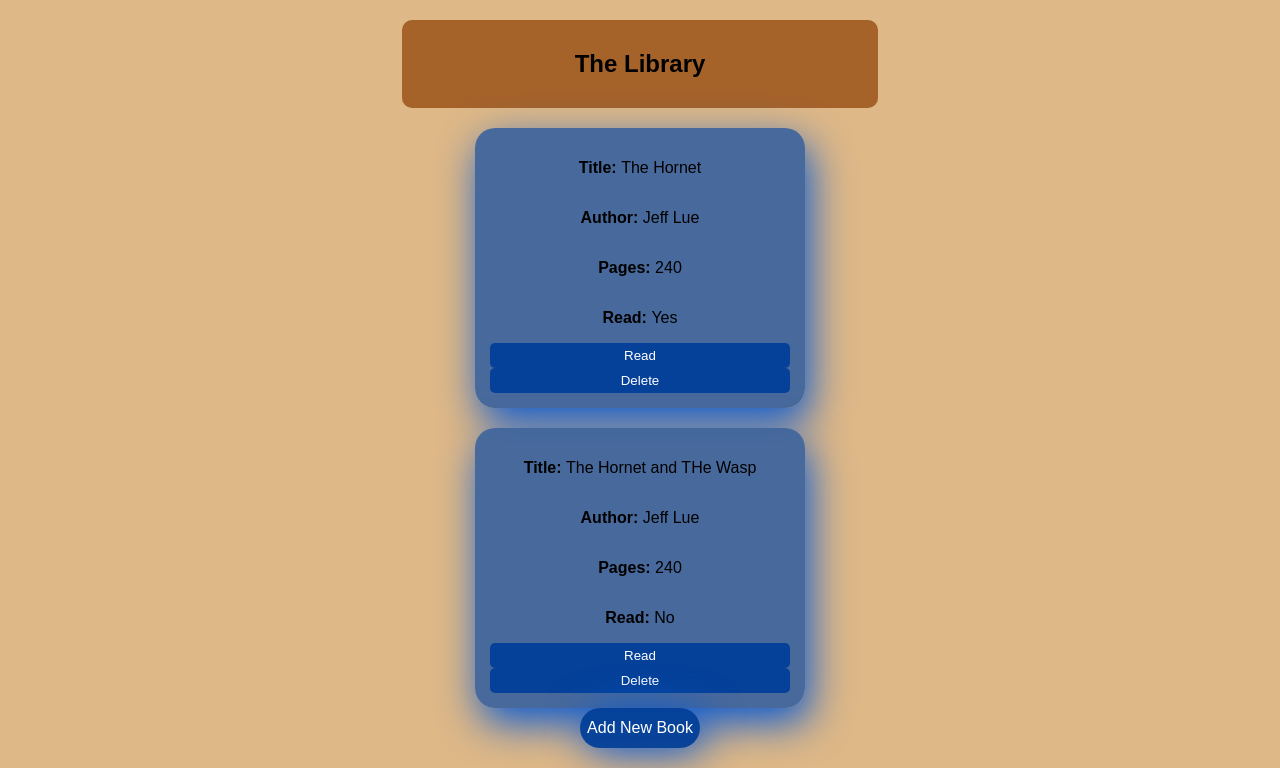
Repository: ErvinClay13/Library
Page: index.html
The author's editor kept a copy of each file at every save. The page is drawn from the files as they stood at one save, then again after the next save.
The browser window is 1280 px wide. The pictures show the whole page.

Above is the page before, as saved 2025-01-11 04:54:07.

### index.html
<!DOCTYPE html>
<html lang="en">
<head>
    <meta charset="UTF-8">
    <meta name="viewport" content="width=device-width, initial-scale=1.0">
    <link rel="stylesheet" href="style.css">
    <link
      rel="icon"
      type="image/png"
      sizes="32x32"
      href="images/myLogo.png"
    />
    <title>The Library</title>
</head>
<body>
    <div class="container">
        <div class="heading">
            <h2>The Library</h2>
        </div>

            <div class="content" id="content"></div>

            <dialog id="myDialog">
                <div class="input">
                <form method="dialog" id="form">
                    <label for="title">Title</label>
                    <input type="text"
                           id="title"
                           name="title"
                           required>

                    <label for="author">Author</label>
                    <input type="text"
                           id="author"
                           name="author"
                           required>

                    <label for="pages">Pages</label>
                    <input type="number"
                           id="pages"
                           name="pages"
                           required>

                    <label for="read">Read</label>
                    <input type="checkbox"
                           name="read"
                           id="isRead">

                    <button type="submit" id="submit">Submit</button>
                    <div class="cancel" id="cancel">Cancel</div>


                </form>
            </div>
        </dialog>
        <footer><button id="addBook">Add New Book</button></footer>
    </div>

    <script src="script.js"></script>
</body>
</html>

### style.css
body {
    display: flex;
    justify-content: center;
    align-items: center;
    flex-direction: column;
    /* background-color: white; */
    background-color: burlywood;
    margin: 0;
    font-family: Arial, sans-serif;
}

.container {
    display: flex;
    flex-direction: column;
    align-items: center;
    padding: 20px;
}

.heading {
    display: flex;
    justify-content: space-between;
    justify-content: center;
    background-color: rgb(165, 99, 42);
    /* background-color: #42669df5; */
    /* box-shadow: 5px 5px 40px #0055d4f5; */
    width: 100%;
    max-width: 800px;
    padding: 10px 20px;
    border-radius: 10px;
    margin-bottom: 20px;
}

#addBook {
    background-color: #03409af5;
    box-shadow: 5px 5px 40px #0055d4f5;
    height: 40px;
    width: 120px;
    border-radius: 20px;
    border: none;
    font-size: 16px;
    color: white;
    cursor: pointer;
}

#addBook:hover {
    transform: scale(1.1);
    box-shadow: 2px 5px 40px #7800d4f5;
}

#content {
    display: flex;
    flex-wrap: wrap;
    gap: 20px;
    justify-content: center;
    width: 100%;
}

.card {
    display: flex;
    flex-direction: column;
    justify-content: space-between;
    text-align: center;
    border-radius: 20px;
    padding: 15px;
    background-color: #42669df5;
    width: 100%;
    max-width: 300px;
    box-shadow: 5px 15px 40px #0055d4f5;
}

.card-details {
    margin-bottom: 10px;
}

.card-buttons {
    display: flex;
    justify-content: space-between;
    gap: 10px;
}

.read, .delete {
    flex: 1;
    padding: 5px 10px;
    border: none;
    border-radius: 5px;
    color: white;
    background-color: #03409af5;
    cursor: pointer;
}

.read:hover, .delete:hover {
    background-color: #254a81f5;
}

.read:active, .delete:active {
    background-color: #42669df5;
}

dialog {
    background-color: #fefefe;
    padding: 20px;
    border: none;
    border-radius: 10px;
    box-shadow: 0px 5px 15px rgba(0, 0, 0, 0.5);
}

form {
    display: flex;
    flex-direction: column;
    gap: 10px;
}

input[type="text"], input[type="number"] {
    padding: 5px;
    border-radius: 5px;
    border: 1px solid #ccc;
}

button {
    cursor: pointer;
}

/* Responsive Styles */
@media (max-width: 768px) {
    .heading {
        flex-direction: column;
        align-items: center;
    }

    #content {
        gap: 15px;
    }

    .card {
        max-width: 100%;
    }
}

### script.js
const dialog = document.getElementById('myDialog');
const form = document.getElementById('form');
const content = document.getElementById('content');
const submit = document.getElementById('submit');
const addBook = document.getElementById('addBook');
const cancel = document.getElementById('cancel');

const myLibrary = [];

const theHornet = new Book('The Hornet', 'Jeff Lue', 240, true);
const theHornetAndTheWasp = new Book('The Hornet and THe Wasp', 'Jeff Lue', 240, false);

myLibrary.push(theHornet);
myLibrary.push(theHornetAndTheWasp);


function Book(title, author, pages, read) {
    this.title = title;
    this.author = author;
    this.pages = pages;
    this.read = read;
}

Book.prototype.info = function() {
    return `${this.title} ${this.author} ${this.pages} ${this.read}`;
}


Book.prototype.toggleRead = function() {
    this.read = !this.read;
}



addBook.addEventListener("click", () => {
    dialog.showModal();
});

cancel.addEventListener("click", () => {
    dialog.close();
});

submit.addEventListener("click", (event) => {
    event.preventDefault();

    const title = document.getElementById('title').value;
    const author = document.getElementById('author').value;
    const pages = document.getElementById('pages').value;
    const read = document.getElementById('isRead').checked;

    const newBook = new Book(title, author, pages, read);
    myLibrary.push(newBook);

    form.reset();
    showBooks();
    dialog.close();
});

function showBooks() {

    content.innerHTML = '';

    myLibrary.forEach((book, index) => {                   //going through the array myLibrary
        const card = document.createElement('div');        //creating a new card for each book created through the modal
        card.classList.add('card');                        //adding card to the class

        card.innerHTML =                                      //creating the text that will be displayed on the card
            `<p><strong>Title: </strong>${book.title}</p>
             <p><strong>Author: </strong>${book.author}</p>
             <p><strong>Pages: </strong>${book.pages}</p>
             <p><strong>Read: </strong>${book.read ? 'Yes' : 'No'}</p>`;   //using the user input to create the new book on the card

        const deleteBtn = document.createElement('button');
        deleteBtn.classList.add('delete');
        deleteBtn.textContent = ('Delete');

        deleteBtn.addEventListener("click", () => {
            myLibrary.splice(index, 1);
            showBooks();
        });

        const read = document.createElement('button');
        read.classList.add('read');
        read.textContent = ('Read');

        read.addEventListener("click", () => {
            book.toggleRead();
            showBooks();
        });

        card.appendChild(read);
        card.appendChild(deleteBtn);
        content.appendChild(card);


    })
}

showBooks();

After the next save:
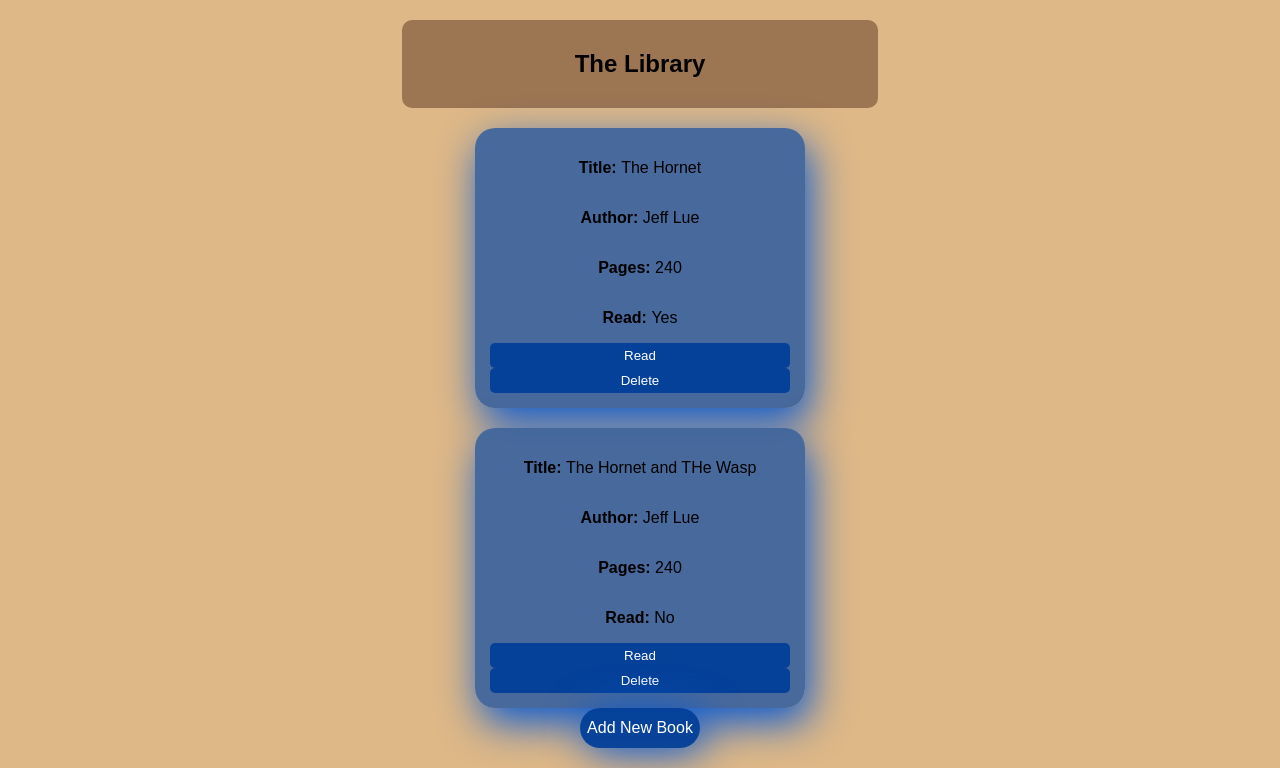
Saved 7 s later.
--- a/style.css
+++ b/style.css
@@ -20,7 +20,7 @@ body {
     display: flex;
     justify-content: space-between;
     justify-content: center;
-    background-color: rgb(165, 99, 42);
+    background-color: rgb(156, 117, 82);
     /* background-color: #42669df5; */
     /* box-shadow: 5px 5px 40px #0055d4f5; */
     width: 100%;
